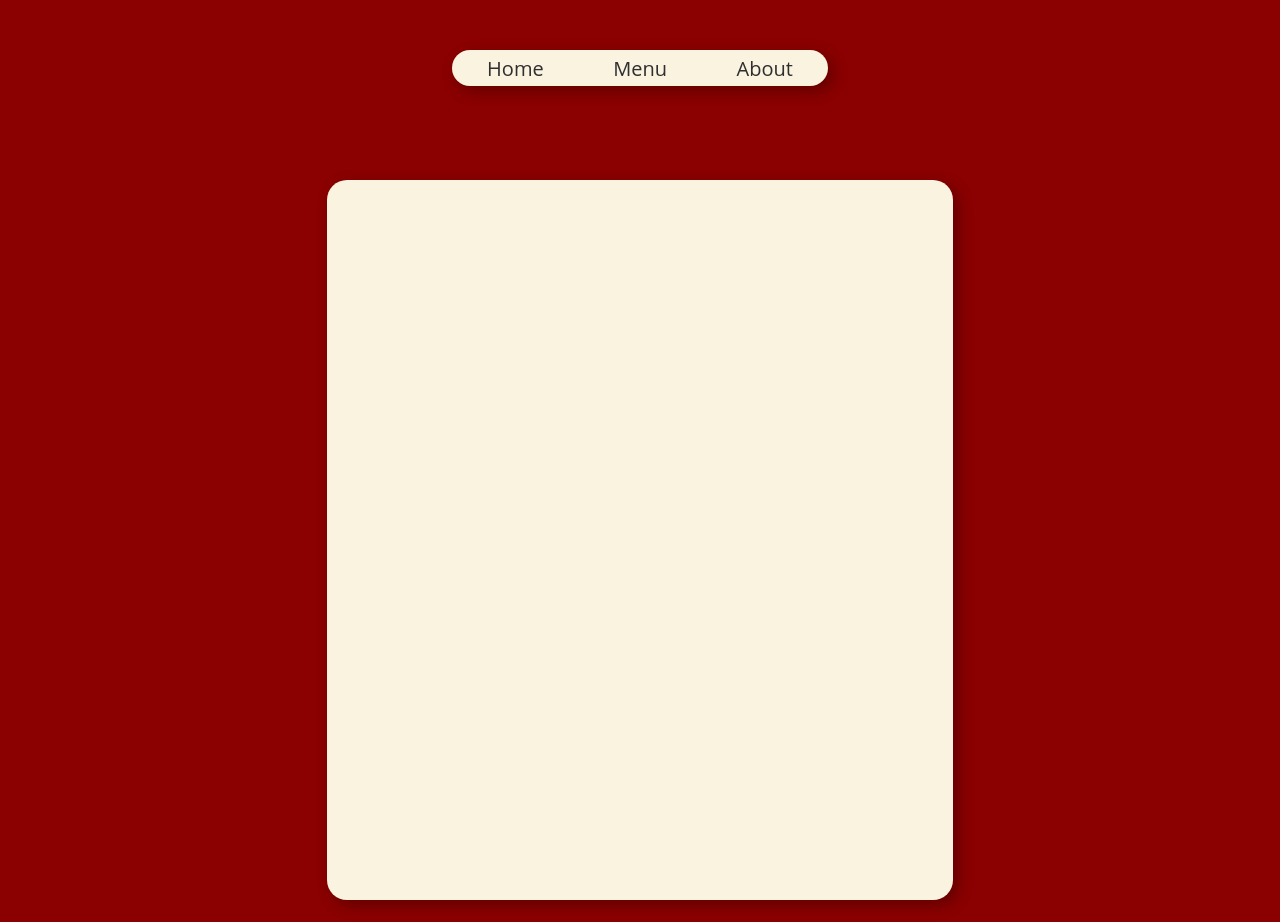
Repository: Dimitris2031/Restaurant-Front-page
Page: / (app in webpack-practice/)
An editor plug-in stored every save of this project. The page is shown before and after the next save, followed by the edit.
The browser window is 1280 px wide. The pictures show the whole page.
The project was rebuilt for these pictures with package versions that can differ from the ones it lists, and the page was loaded fresh each time. Also part of the build but not shown: webpack-practice/webpack.config.js.

Above is the page before, as saved 2025-09-10 10:46:58.

After the next save:
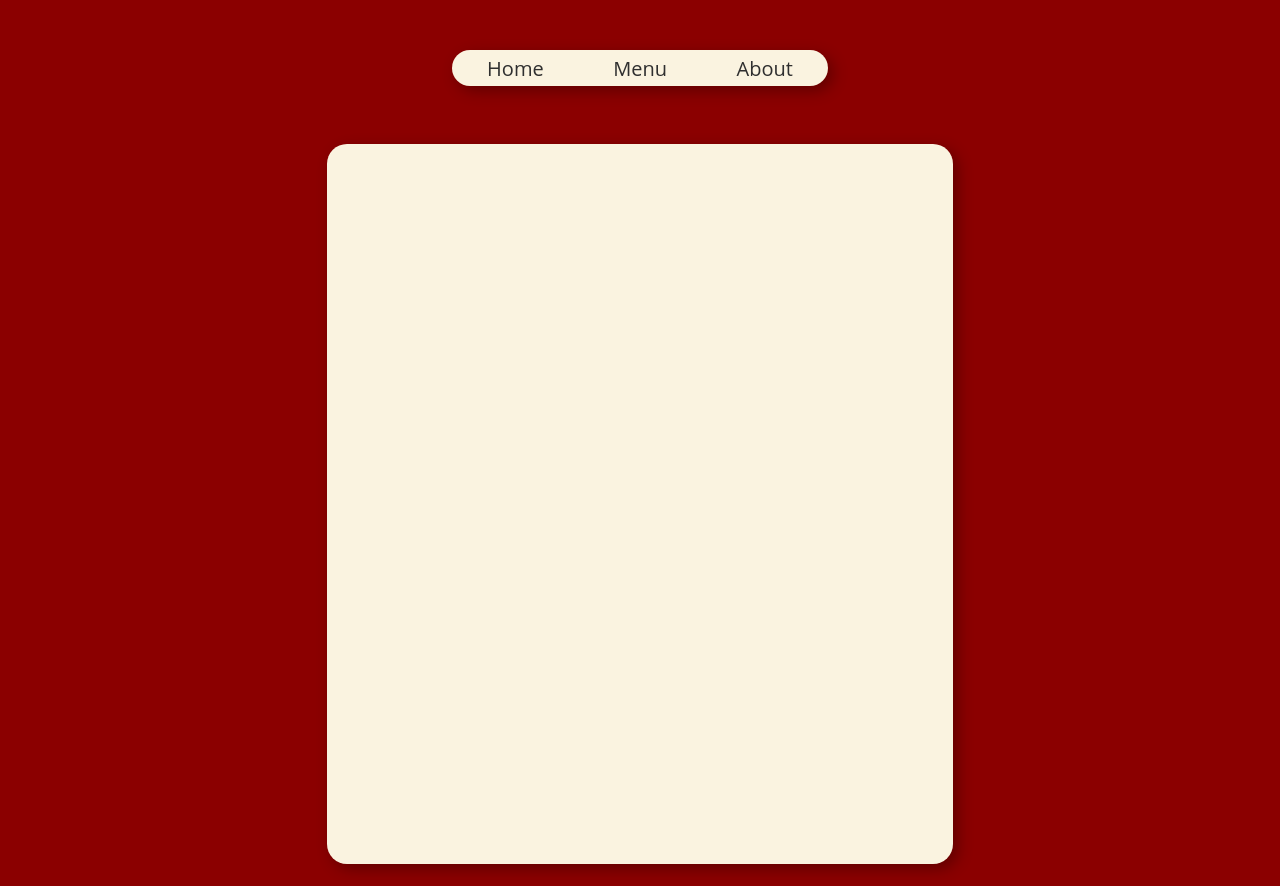
Saved 119 s later.
--- a/webpack-practice/src/styles.css
+++ b/webpack-practice/src/styles.css
@@ -10,7 +10,7 @@ body {
   display: flex;
   flex-direction: column;
   align-items: center;
-  gap: 10vh;
+  gap: 5vh;
   font-family: "Open Sans", sans-serif;
 }
 
